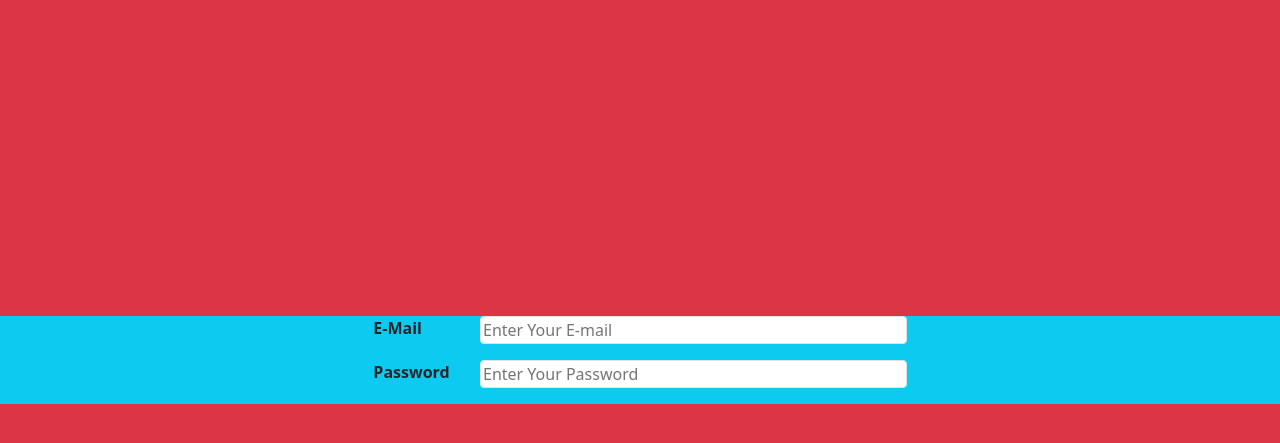
Repository: mariamkhaledsapra/E-Commerce-main
Page: /login
The author's editor kept a copy of each file at every save. The page is drawn from the files as they stood at one save, then again after a run of saves.
The browser window is 1280 px wide. The pictures show the whole page.
The project was rebuilt for these pictures with package versions that can differ from the ones it lists, and the page was loaded fresh each time. Also part of the build but not shown: src/App.css, src/components/Navbar.jsx, src/App.js.

Above is the page before, as saved 2024-02-13 21:51:00.

### public/index.html
<!DOCTYPE html>
<html lang="en">
  <head>
    <meta charset="utf-8" />
    <link rel="icon" href="%PUBLIC_URL%/favicon.ico" />
    <meta name="viewport" content="width=device-width, initial-scale=1" />
    <meta name="theme-color" content="#000000" />
    <meta
      name="description"
      content="Web site created using create-react-app"
    />
    <link href="https://cdn.jsdelivr.net/npm/bootstrap@5.1.3/dist/css/bootstrap.min.css" rel="stylesheet" integrity="sha384-1BmE4kWBq78iYhFldvKuhfTAU6auU8tT94WrHftjDbrCEXSU1oBoqyl2QvZ6jIW3" crossorigin="anonymous">

    <title>React App</title>
  </head>
  <body>
    <div id="root"></div>
  </body>
</html>

### src/index.js
import React from "react";
import ReactDOM from "react-dom/client";
import "./index.css";
import App from "./App";
import reportWebVitals from "./reportWebVitals";
import { createBrowserRouter, RouterProvider } from "react-router-dom";
import Login from "./components/Login";
import Navbar from "./components/Navbar";

const Routes = createBrowserRouter([
  {
    path: "/",
    element: <App />,
  },
  {
    path: "/login",
    element: <Login />,
  },
]);

const root = ReactDOM.createRoot(document.getElementById("root"));
root.render(
  <RouterProvider router={Routes}>
    <App />
  </RouterProvider>
);

reportWebVitals();

### src/index.css
.login {
  position: absolute;
  top: 50%;
  left: 50%;
  width: 100%;
  transform: translate(-50%, -50%);
  -webkit-transform: translate(-50%, -50%);
  -moz-transform: translate(-50%, -50%);
  -ms-transform: translate(-50%, -50%);
  -o-transform: translate(-50%, -50%);
}

### src/components/Login.jsx
import React from "react";

const Login = () => {
  return (
    <div className="bg-danger d-flex" style={{ height: "100vh" }}>
      {" "}
      <div className="login  bg-info">
        {" "}
        <div className="mb-3  d-flex justify-content-center ">
          <label className="fw-bolder col-1">E-Mail</label>
          <div className="col-4">
            <input
              type="email"
              placeholder="Enter Your E-mail"
              className="w-100 border rounded"
            />
          </div>
        </div>
        <div className="mb-3  d-flex justify-content-center">
          <label className="fw-bolder col-1">Password</label>
          <div className="col-4">
            <input
              type="password"
              placeholder="Enter Your Password"
              className="w-100 border rounded"
            />
          </div>
        </div>
      </div>
    </div>
  );
};

export default Login;

Loaded but not shown: src/reportWebVitals.js (common file)

After the next 3 saves:
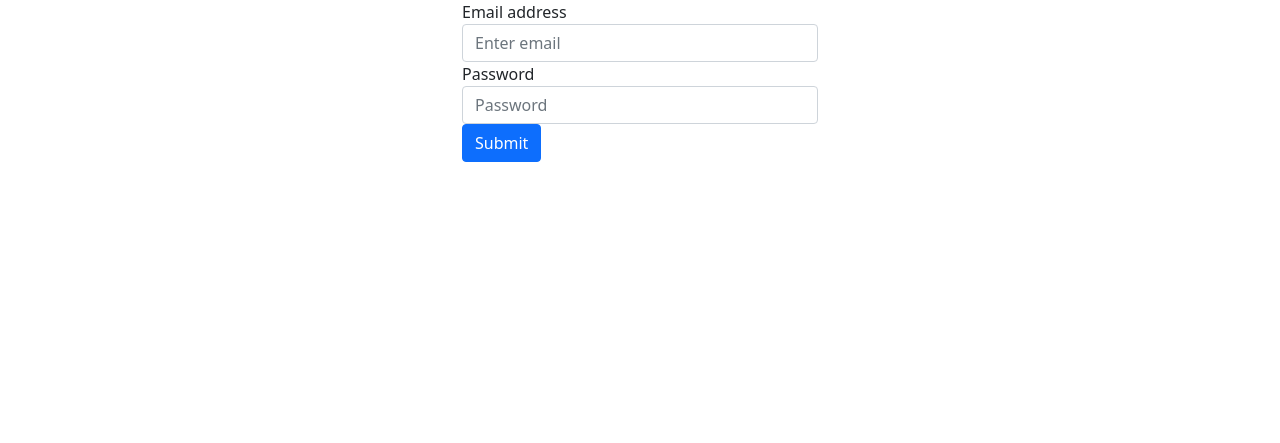
The 3 saves are shown as one change because they came seconds apart.
The last was saved 90 s later.
--- a/src/components/Login.jsx
+++ b/src/components/Login.jsx
@@ -2,32 +2,43 @@ import React from "react";
 
 const Login = () => {
   return (
-    <div className="bg-danger d-flex" style={{ height: "100vh" }}>
-      {" "}
-      <div className="login  bg-info">
-        {" "}
-        <div className="mb-3  d-flex justify-content-center ">
-          <label className="fw-bolder col-1">E-Mail</label>
-          <div className="col-4">
-            <input
-              type="email"
-              placeholder="Enter Your E-mail"
-              className="w-100 border rounded"
-            />
-          </div>
+    <div class="container">
+
+    <div class="row">
+
+      <div class="col-md-4 offset-md-4">
+
+        <div class="login-form">
+
+          <form>
+
+            <div class="form-group">
+
+              <label for="email">Email address</label>
+
+              <input type="email" class="form-control" id="email" placeholder="Enter email" />
+
+            </div>
+
+            <div class="form-group">
+
+              <label for="password">Password</label>
+
+              <input type="password" class="form-control" id="password" placeholder="Password" />
+
+            </div>
+
+            <button type="submit" class="btn btn-primary">Submit</button>
+
+          </form>
+
         </div>
-        <div className="mb-3  d-flex justify-content-center">
-          <label className="fw-bolder col-1">Password</label>
-          <div className="col-4">
-            <input
-              type="password"
-              placeholder="Enter Your Password"
-              className="w-100 border rounded"
-            />
-          </div>
-        </div>
+
       </div>
+
     </div>
+
+  </div>
   );
 };
 
